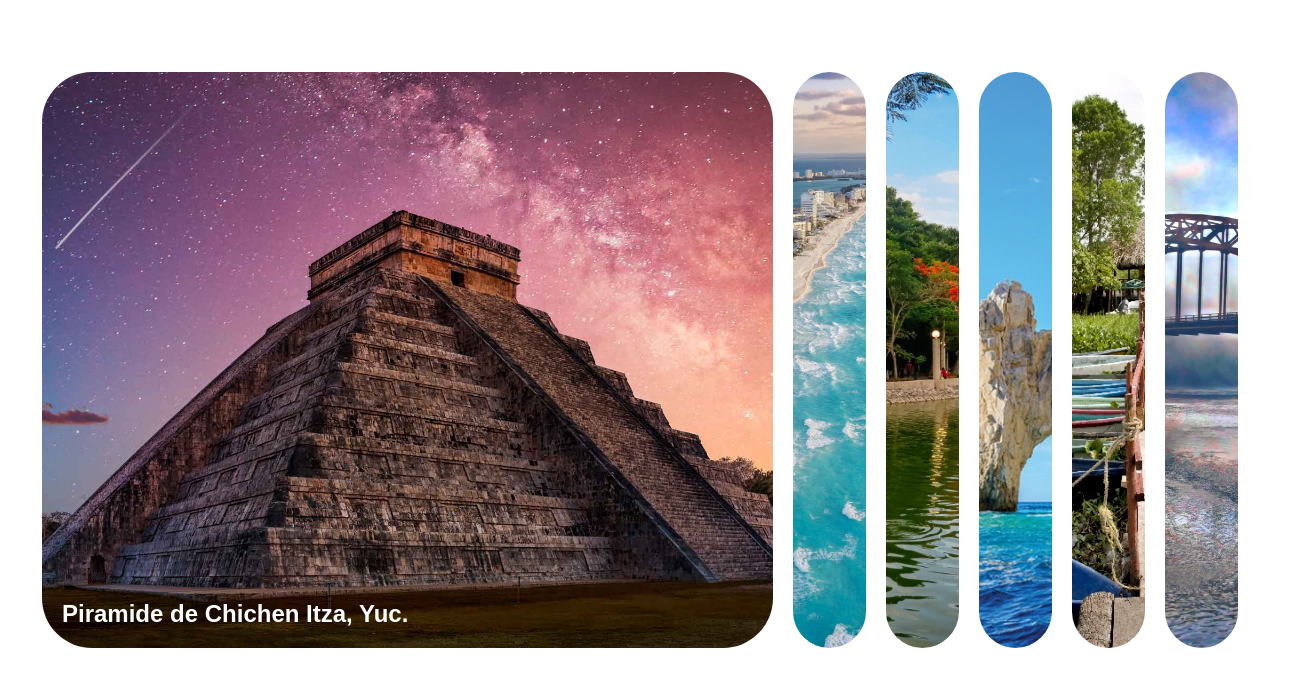
Repository: ElideZavala/Tarjetas-de-Imagenes
Page: index.html
These files come from the project's save history. The page is drawn as it stood at one moment and after the next save; the edit follows.
The browser window is 1280 px wide. The page is 1310 px wide, then 1304 px, so the pictures cover 1310 px, including what lies to the right of the window. The pictures show the whole page.
Some web fonts or font styles are not loaded; a fallback is used.

Above is the page before, as saved 2021-05-27 10:54:58.

After the next save:
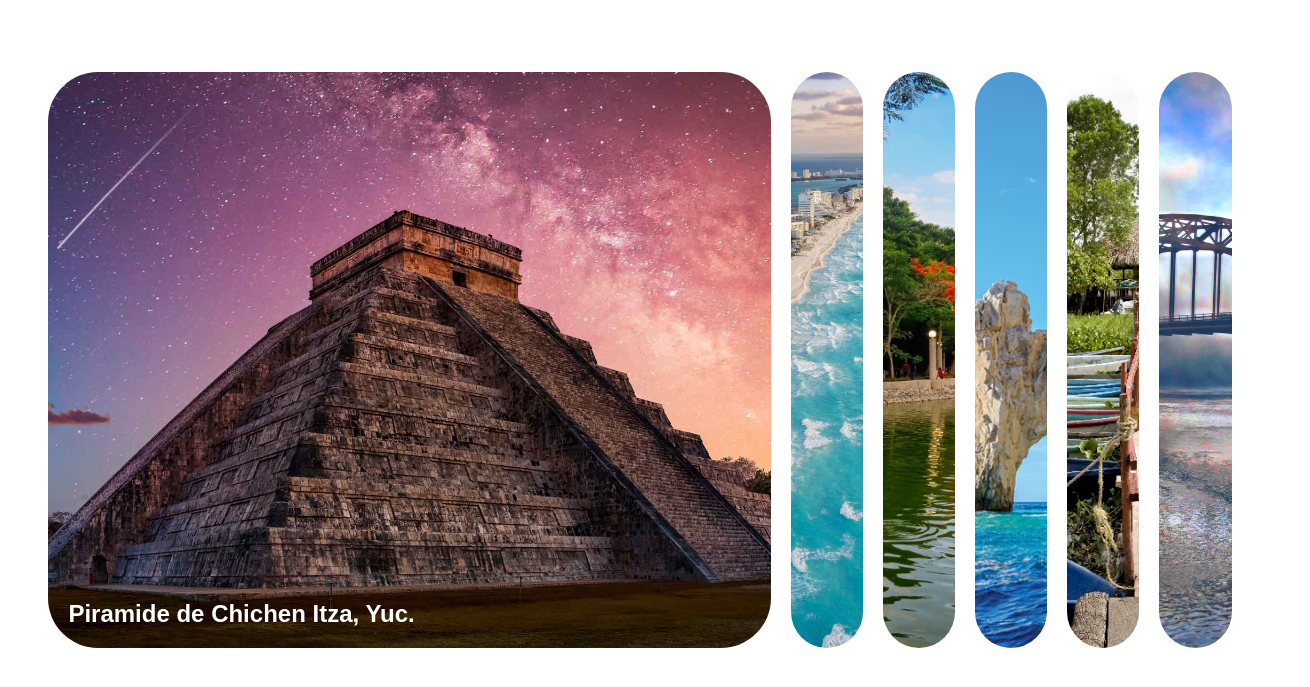
Saved 4 s later.
--- a/style.css
+++ b/style.css
@@ -17,7 +17,7 @@ body {
 
 .container {
 	display: flex;
-	width: 95vw;
+	width: 94vw;
 }
 
 .panel {
